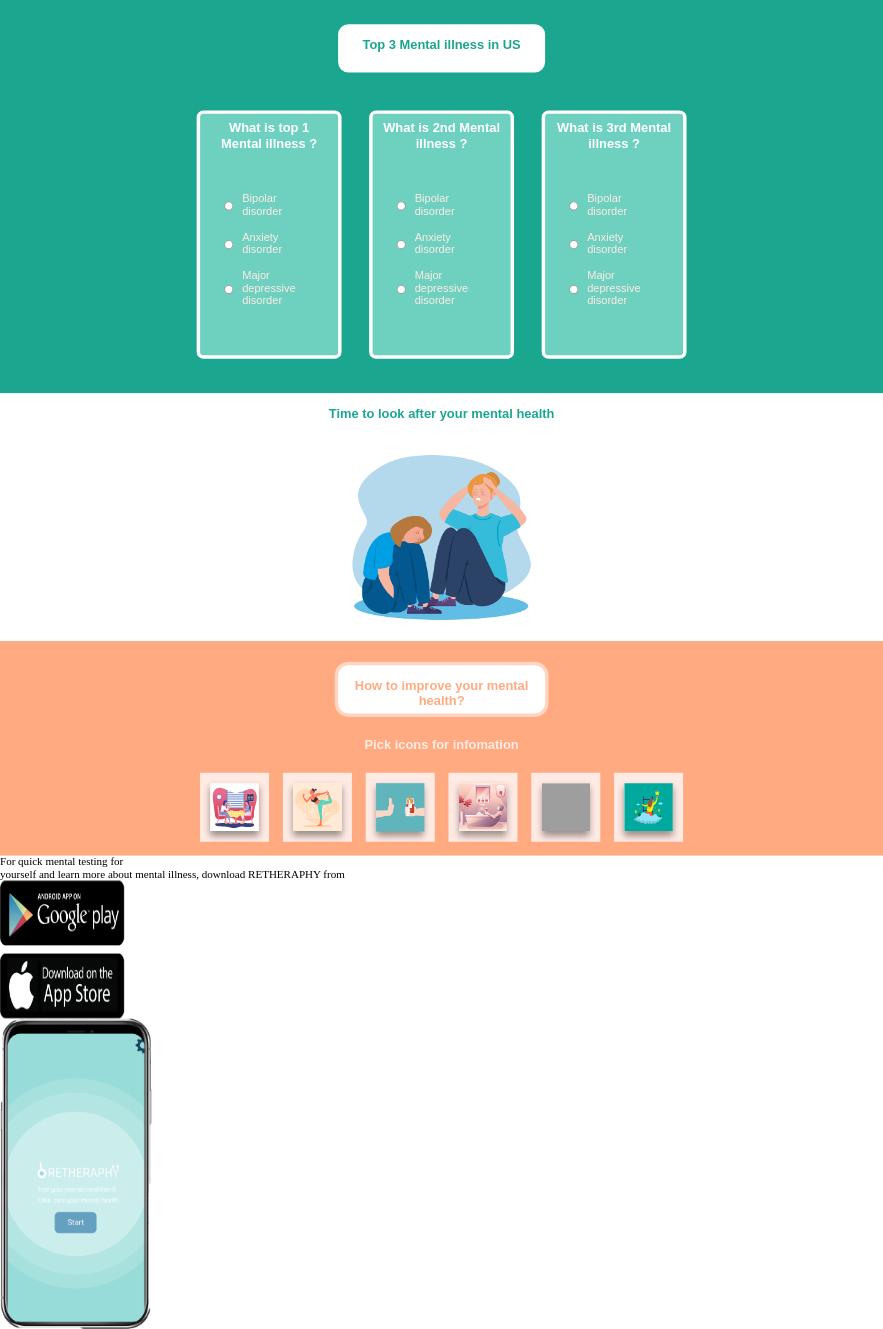
Repository: zzs1/2109-Dynamic-Content-Project
Page: index.html
These files come from the project's save history. The page is drawn as it stood at one moment and after a run of saves; the edit follows.
The browser window is 1280 px wide. The pictures show the whole page, at 69% of full size.
Pictures or frames that could not be fetched are drawn as grey boxes. Some web fonts or font styles are not loaded; a fallback is used.

Above is the page before, as saved 2021-03-08 20:33:21.

### index.html
<html lang="en">
<head>
  <meta charset="UTF-8">
  <meta name="viewport" content="width=device-width, initial-scale=1.0">
  <link href="index.css" rel="stylesheet" type="text/css" >
  <link rel="preconnect" href="https://fonts.gstatic.com">
  <link href="https://fonts.googleapis.com/css2?family=Saira+Semi+Condensed:wght@500&display=swap" rel="stylesheet">
  <title>Midterm group project for MDIA 2109</title>
</head>
<body>
  <!--please place your code in #main -->
  <div id="main">
    <!--Shin Part: Brain-->


    <!--Shin Part: Header: Have you take good care of you mental health? -->


    <!--Shin Part: content1: Common symptoms of mental illness -->


    <!--Shin: Dont be afraid part-->


    <!--Joyce: Facts about mental disorders  -->


    <!-- DONT TOUCH!! Chisaki part start from here-->

    <!--Card question section-->
    <div class="container cardquestions">
      <div class="title"></div>
    <div class="card"></div>
    </div>
    <!--Time to look after your mental health section-->
    <div class="container mid">
      <h3 class="midtitle">Time to look after your mental health</h3>
      <img src="comps/icon/midpic.jpg" alt="mental health" max-width="300px" height="300px" />
    </div>

    <!--Pick Icons for more info part-->
    <div class="container iconsection">
      <div class="title2"></div>
      <h3 class="subtitle">Pick icons for infomation</h3>
      <div class="icon" onclick="myFunction()"></div>
      <div class="hidden" id="panel">
        <div class="info"></div>
      </div>
    </div>

    <!--DONT TOUCH!! Chisaki part ends-->

    <!--For Joyce, next part write from here as long as it is main content. If it is footer, please place the code underneath </div> with <footer>-->
      <div  id="bottom">
        <div id="right">
            <div id="content">
            For quick mental testing for <br>yourself and learn more about mental illness, download RETHERAPHY from  </div>
            <div id="logo"><a href="https://play.google.com/store"><img  src=joyce_code/pic/google.png alt="appstore" width=180 height=100></img></a><br>
                <a href="https://www.apple.com/ca/app-store/"><img  src=joyce_code/pic/apple.png alt="appstore"  width=180 height=100></img></a>
            </div>
        </div>
      <div id="showcase"><img  src="joyce_code/pic/phone.png" alt="apps phone" width="220" height="450"> </div>
    </div>

  </div>

  <!--DONT TOUCH !! Chisaki scripts start from here-->
  <script src="comps/card/index.js"></script>
  <script src="comps/Title/index.js"></script>
  <script src="comps/icon/index.js"></script>
  <script src="comps/Info/index.js"></script>
  <script src="index.js"></script>
  <script>
    function myFunction() {
      document.getElementById("panel").style.display = "block";
    }
    document.getElementById("icon1").onclick = function (){
      document.getElementById("info1").style.display = "block";
      document.getElementById("info2").style.display = "none";
      document.getElementById("info3").style.display = "none";
      document.getElementById("info4").style.display = "none";
      document.getElementById("info5").style.display = "none";
      document.getElementById("info6").style.display = "none";
    }
    document.getElementById("icon2").onclick = function (){
      document.getElementById("info2").style.display = "block";
      document.getElementById("info1").style.display = "none";
      document.getElementById("info3").style.display = "none";
      document.getElementById("info4").style.display = "none";
      document.getElementById("info5").style.display = "none";
      document.getElementById("info6").style.display = "none";
    }
    document.getElementById("icon3").onclick = function (){
      document.getElementById("info3").style.display = "block";
      document.getElementById("info1").style.display = "none";
      document.getElementById("info2").style.display = "none";
      document.getElementById("info4").style.display = "none";
      document.getElementById("info5").style.display = "none";
      document.getElementById("info6").style.display = "none";
    }
    document.getElementById("icon4").onclick = function (){
      document.getElementById("info4").style.display = "block";
      document.getElementById("info1").style.display = "none";
      document.getElementById("info2").style.display = "none";
      document.getElementById("info3").style.display = "none";
      document.getElementById("info5").style.display = "none";
      document.getElementById("info6").style.display = "none";
    }
    document.getElementById("icon5").onclick = function (){
      document.getElementById("info5").style.display = "block";
      document.getElementById("info1").style.display = "none";
      document.getElementById("info2").style.display = "none";
      document.getElementById("info3").style.display = "none";
      document.getElementById("info4").style.display = "none";
      document.getElementById("info6").style.display = "none";
    }
    document.getElementById("icon6").onclick = function (){
      document.getElementById("info6").style.display = "block";
      document.getElementById("info1").style.display = "none";
      document.getElementById("info2").style.display = "none";
      document.getElementById("info3").style.display = "none";
      document.getElementById("info4").style.display = "none";
      document.getElementById("info5").style.display = "none";
    }
    </script>
    <!--DONT TOUCH !! Chisaki scripts ends here-->

</body>
</html>

### index.css
html,body {
  margin:0;
}

#main {
  width:100vw;
  height:100vh;
  display:flex;
  flex-direction: column;
}

/* DONT TOUCH !! Chisaki Part Start from here */
.container {
 min-width:100%;
}
.cardquestions{
  background-color:#1BA68F;
}
.card {
  display:flex;
  flex-direction:row;
  flex-wrap: wrap;
  justify-content:center;
  align-items: center;
  margin:30px;
  font-family: 'Saira Semi Condensed', sans-serif;
}
.mid{
  background-color:#FFFFFF;
  text-align: center;
}
.midtitle {
 color:#1BA68F;
 font-family: 'Saira Semi Condensed', sans-serif;

}

.iconsection {
  background-color:#FFAA81;

}
.title,.title2{
  display: flex;
  justify-content:center;
  align-items: center;
  margin:30px;
  font-family: 'Saira Semi Condensed', sans-serif;
}

.icon {
  display: flex;
  flex-wrap: wrap;
  justify-content:center;
  align-items: center;
  margin:10px;
  font-family: 'Saira Semi Condensed', sans-serif;

}
.subtitle {
  color:#FFEBE4;
  text-align: center;
  font-family: 'Saira Semi Condensed', sans-serif;
}
.hidden{
  display:none;
}
.info {
justify-content: center;
align-items: center;
font-family: 'Saira Semi Condensed', sans-serif;
}

/* DONT TOUCH !!Chisaki Part End here*/

/*Joyce CSS buttom */

### comps/card/index.js
function CardUI(title='question',option1='text1', option2='text2', option3='text3',backtitle="Answer",content="answer paragraphs"){
  return`
  <div style='
  background-color:#6ED1BF;
  max-height:350px;
  max-width:200px;
  border-radius:10px;
  border:5px solid #FFFFFF;
  margin:20px;
  '
  onclick='CardUI.HandleClick(this)'
  >

    <div class="front" style='
    transition: opacity 1s;
    opacity: 1;
    '
    >
      <h3 style='
      color:#FFFFFF;
      text-align:center;
      margin:10px;
      '>
        ${title}
      </h3>

      <div style='
      display:flex;
      flex-direction:column;
      margin:50px 20px;

      '>
        <div style='
        display:flex;
        flex-direction:row;
        margin:10px;
        '>

          <input name='question'
          type=radio />
            <p style='
            color:#FFEBE4;
            margin:0;
            margin-left:10px;
            '>${option1}
            </p>
        </div>

        <div style='
        display:flex;
        flex-direction:row;
        margin:10px;
        '>

          <input name='question'
          type=radio />
            <p style='
            color:#FFEBE4;
            margin:0;
            margin-left:10px;
            '>
            ${option2}
            </p>
        </div>

        <div style='
        display:flex;
        flex-direction:row;
        margin:10px;
        '>

          <input name='question'
          type=radio />
            <p style='
            color:#FFEBE4;
            margin:0;
            margin-left:10px;
            '>
            ${option3}
            </p>
        </div>
      </div>
    </div>

    <div class="back" style='
    display: flex;
    flex-direction:column;
    position: relative;
    justify-content: center;
    align-items: center;
    top: -350px;
    transition: opacity 1s;
    opacity: 0;
    '>
      <h3 style='
      color:#FFEBE4;
      text-align:center;
      margin:10px;

      '>
        ${backtitle}
      </h3>
      <p style='
      color:#FFFFFF;
      text-align:center;
      margin:10px;
      '>
      ${content}
      </p>
    </div>
  </div>
`}

//export const Card = CardUI();
CardUI.HandleClick = (el) => {
  el.querySelector(".front").style.opacity= 0;
  el.querySelector(".back").style.opacity = 1;
}

### comps/Title/index.js
function TitleUI(bgcolor="#FFFFFF", bodercolor="#FFD4C1",text="title", font="#FFAA81"){
return`<div style='
width:300px;
height:70px;
border-radius:20px;
background-color:${bgcolor};
border:5px solid ${bodercolor};

'>
<h3 style='
color:${font};
text-align:center;
'>${text}</h3>
</div>
`
}
//export const Title = TitleUI();

### comps/icon/index.js
function IconUI(id="id",url="https://placekitten.com/300/300",text="icon"){
  return`<div style='
  width:100px;
  height:100px;
  background-color:#FFEBE4;
  margin:10px;
  text-align:center;
  '
  id='${id}'
  onmouseover='IconUI.HandleClick(this)'

  '>

    <div class="front" style='
    transition: opacity 1s;
    opacity: 1;
    '
    >
      <img style='
      width:70px;
      height:70px;
      object-fit:cover;
      margin:15px;
      box-shadow:0 6px 10px 0 rgba(0, 0, 0, 0.4);
      'src='${url}' />

    </div>

    <div class="mouseover" style='
    display: flex;
    flex-direction:column;
    position: relative;
    justify-content: center;
    align-items: center;
    top: -90px;
    transition: opacity 1s;
    opacity: 0;
    '>
      <p style='
      color:#646464;
      font:21px;
      '>
      ${text}
      </p>
    </div>
  </div>
`}

//export const Icon = IconUI();

IconUI.HandleClick = (el) => {
  //in the UI's case, el is the div itself
  el.querySelector(".front").style.opacity= 0.4;
  el.querySelector(".mouseover").style.opacity = 1;

  //onclick

}

### comps/Info/index.js
function InfoUI(id="id",url="https://placekitten.com/300/300",title="h3title",text="paragraphs here"){
  return`<div class="container"
  id="${id}"
  style='
  width:100vw;
  display:flex;
  flex-direction:column;
  text-align:center;
  align-items:center;

  '>
    <img style='
    width:150px;
    height:150px;
    'src='${url}' />

      <div class=psbox
      style='
      display:flex;
      flex-direction:column;
      align-items:center;
      margin:20px;
      '>
        <h3 style='
        color:#1BA68F;
        '>
        ${title}
        </h3>
        <p style='
        color:#FFEBE4;
        width:70%;
        '>
        ${text}
        </p>

    <div>
  </div>
  `
  }
  //export const Info = InfoUI();
  function clickedButton(){
    document.getElementById("container").style.display = "none";
  }

### index.js
// DONT TOUCH !!Chisaki JS start from here
document.querySelector(".title").innerHTML += TitleUI("#FFFFFF","#1BA68F","Top 3 Mental illness in US","#1BA68F");
document.querySelector(".card").innerHTML += CardUI("What is top 1 Mental illness ?", "Bipolar disorder", "Anxiety disorder", "Major depressive disorder","Anxiety disorder","Symptoms can include excessive worrying, feeling agitated, restlessness, fatigue, tense muscles, difficulty sleeping, and panic attacks");
document.querySelector(".card").innerHTML += CardUI("What is 2nd Mental illness ?", "Bipolar disorder", "Anxiety disorder", "Major depressive disorder","Major depressive disorder", "Symptoms include depressed mood, change in weight, appetite and sleep patterns, fatigue, and a feeling of worthlessness");
document.querySelector(".card").innerHTML += CardUI("What is 3rd Mental illness ?", "Bipolar disorder", "Anxiety disorder", "Major depressive disorder","Bipolar disorder","Symptoms  include experience manic episodes where their moods and behaviors are drastically different than normal.");
document.querySelector(".title2").innerHTML += TitleUI("#FFFFFF","#FFD4C1","How to improve your mental health?","#FFAA81");
document.querySelector(".icon").innerHTML += IconUI("icon1",'comps/icon/pic1.svg',"EAT WELL");
document.querySelector(".icon").innerHTML += IconUI("icon2",'comps/icon/pic2.svg',"STRECHING");
document.querySelector(".icon").innerHTML += IconUI("icon3",'comps/icon/pic3.jpg',"STOP TOBBACO");
document.querySelector(".icon").innerHTML += IconUI("icon4",'comps/icon/pic4.svg', "TREAT YOURSELF");
document.querySelector(".icon").innerHTML += IconUI("icon5",'comps/icon/pic5.svg', "CHAT CHAT CHAT");
document.querySelector(".icon").innerHTML += IconUI("icon6",'comps/icon/pic6.svg', "PLAN YOUR GOAL");
document.querySelector(".info").innerHTML += InfoUI("info1",'comps/icon/pic1.svg',"Eat and drink to optimize your health","Eating healthy is not only good for your physical health, but also for your mental health. some people release their stress by eating junk foods, taking caffeine, or drinking alcohol, but it is not a good way to release your stress in the long run. Consider making healthy eating and drinking habits. ");
document.querySelector(".info").innerHTML += InfoUI("info2",'comps/icon/pic2.svg',"Exercise regularly","Try to do some exercises because we can ease our stress by moving our body. You can try non-competitive exercises, such as aerobics, weight training, and yoga. According to the study, aerobic exercise can release endorphins which are natural substances that make your feeling better and keep you being positive.");
document.querySelector(".info").innerHTML += InfoUI("info3",'comps/icon/pic3.jpg',"Stop using tobacco and nicotine products","Did you know smoking is not only bad for your physical health, but also mental health? Smoking increases your anxiety and tension. In fact, if you try to stop smoking and get rid of the nicotine, you would feel irritable and anxious due to the signals from certain chemicals in the brain.");
document.querySelector(".info").innerHTML += InfoUI("info4",'comps/icon/pic4.svg', "Study and practice relaxation techniques", "Finding your relaxation way is really important to relieve your stress. It can be anything that you would like to do, such as taking a long bath, deep breathing, doing mindfulness meditation, or daydreaming. In retheraphy, we are also introducing some popular relaxation ways.");
document.querySelector(".info").innerHTML += InfoUI("info5",'comps/icon/pic5.svg', "Talk how you feel to someone","By talking your concerns to someone else, you can organize your feeling. Moreover, someone may give you some advice for your concerns. It is always a good idea to talk your feelings to people you trust. If your concerns are really personal ones, you can also reach out to some professional consultants.");
document.querySelector(".info").innerHTML += InfoUI("info6",'comps/icon/pic6.svg', "Set realistic goals and expectations", "By setting realistic goals and achieving small goals step by step, you can get more and more confident on yourself. For example, if you are trying to go on diet, you can start by walking 1 or 2 bus stops distance once or twice a week. When you making a plan, it is a good idea to consider your plan for the long run.");
// DONT TOUCH !!Chisaki JS End here

After the next 2 saves:
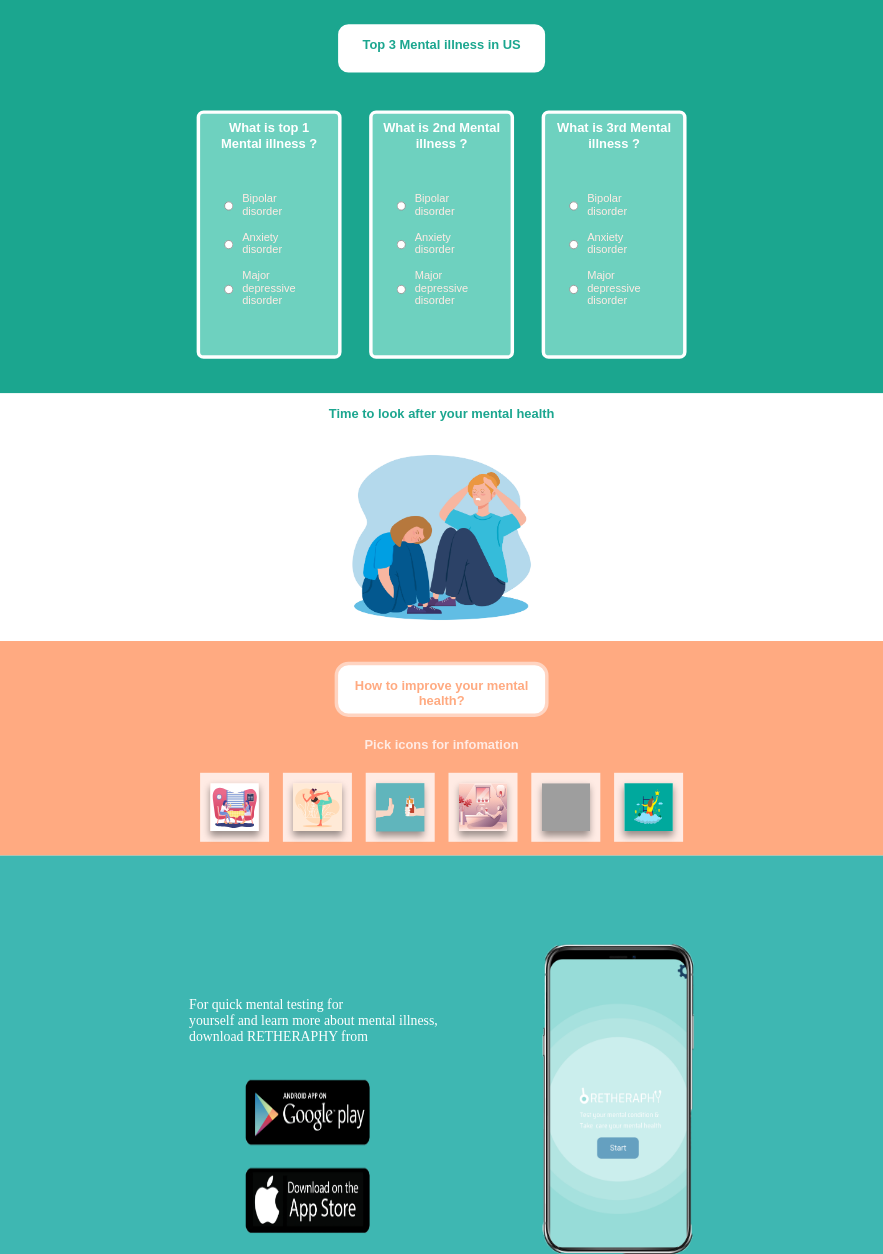
The 2 saves are shown as one change because they came seconds apart.
The last was saved 13 s later.
--- a/index.css
+++ b/index.css
@@ -72,4 +72,35 @@ font-family: 'Saira Semi Condensed', sans-serif;
 
 /* DONT TOUCH !!Chisaki Part End here*/
 
-/*Joyce CSS buttom */
+/*Joyce CSS buttom part styling starts from here*/
+#bottom{
+  margin:0;
+  background-color:#3EB7B2;
+  color:white;
+  display:flex;
+  justify-content: center;
+}
+#right{
+  margin-top: 16%;
+  display:flex;
+  flex-direction: column;
+  max-width: 40%;
+  justify-content: flex-start;
+}
+#showcase{
+  margin-top: 10%;
+  max-width: 40%;
+  justify-content: flex-end;
+}
+
+#logo{
+  margin-left: 16%;
+}
+#content{
+  font-size: 20px;
+  margin-bottom: 10%;
+  max-width: 80%;
+}
+#logo img{
+  margin-bottom: 5%;
+}
